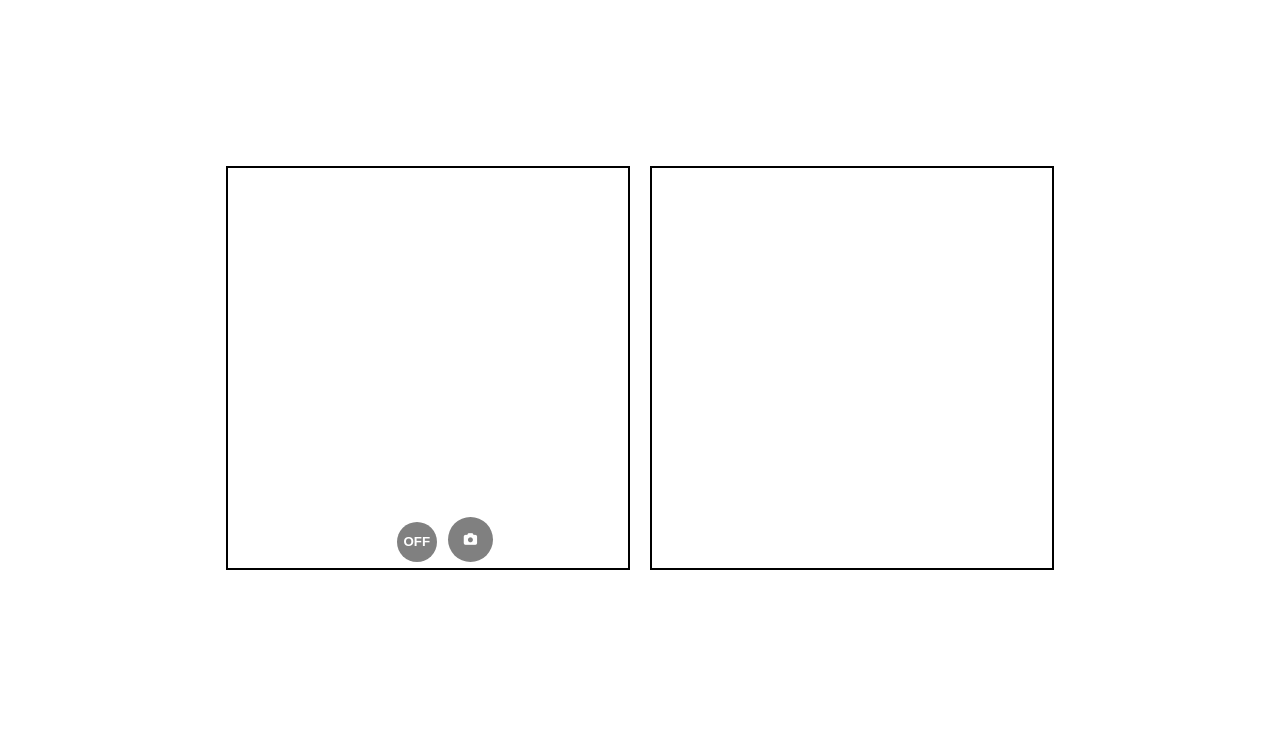
Repository: dmpelaez/photoBoothy
Page: Photobooth.html
An editor plug-in stored every save of this project. The page is shown before and after the next save, followed by the edit.
The browser window is 1280 px wide. The pictures show the whole page.
Some web libraries are served in a nearby version.

Above is the page before, as saved 2025-12-16 21:16:18.

After the next save:
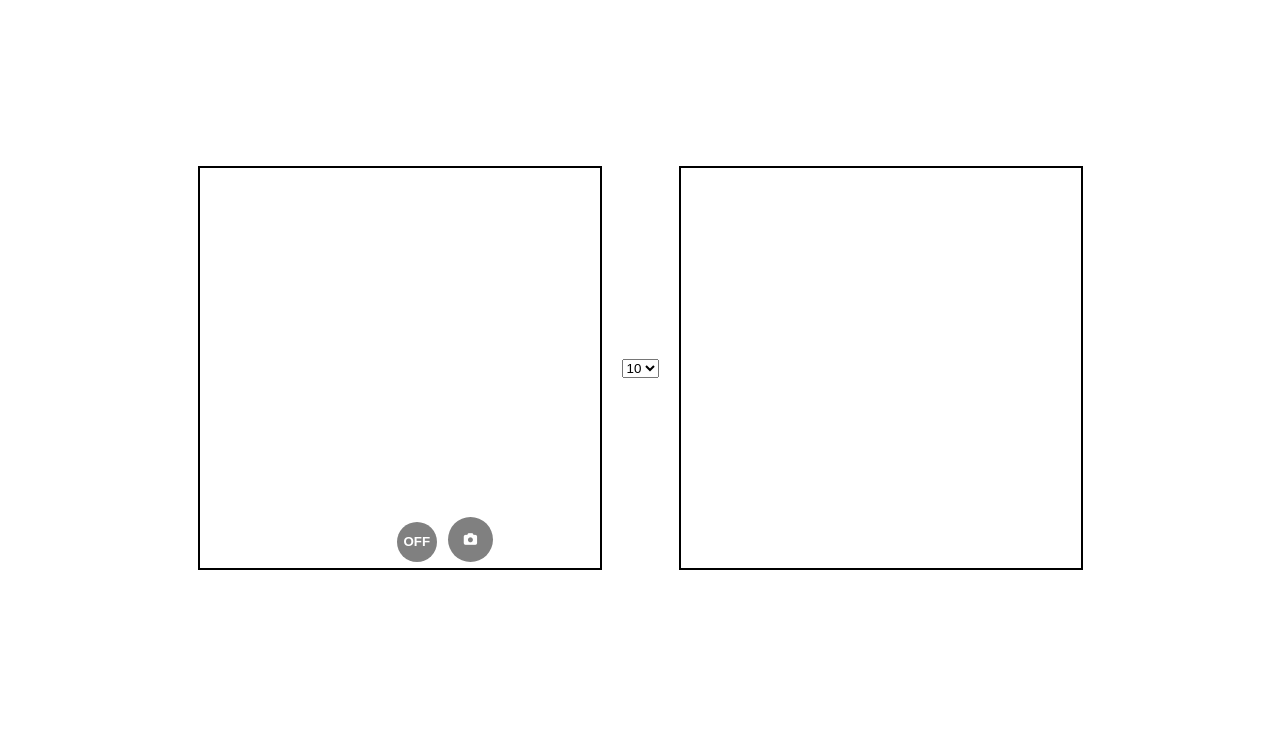
Saved 11 min 25 s later.
--- a/Photobooth.html
+++ b/Photobooth.html
@@ -14,6 +14,12 @@
       <video autoplay id="video"></video>
       <button id="photo-btn" ><i class="fa-solid fa-camera"></i></button>
       <button id="btn-toggle">OFF</button>
+      <select class="select">
+        <option selected value="3">3</option>
+        <option selected value="5">5</option>
+        <option selected value="7">7</option>
+        <option selected value="10">10</option>
+      </select>
       <canvas id="canvas-image"></canvas>
       <script src="Photobooth.js"></script>
     </body>
